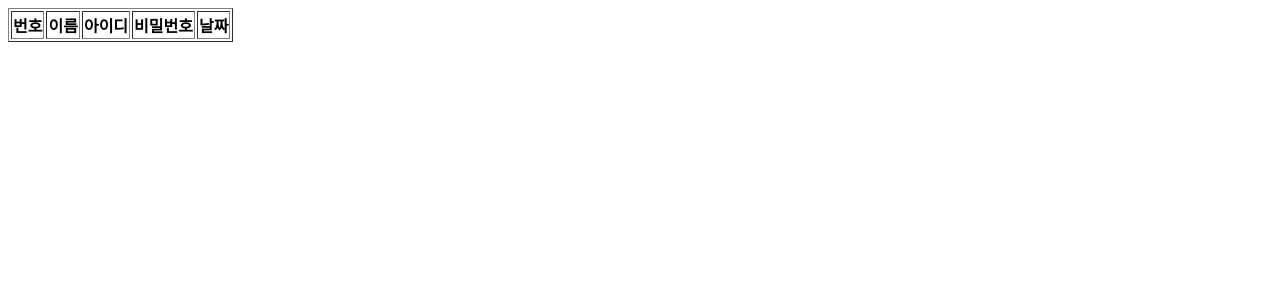
Repository: Rccn3202/Springboot_study_pack
Page: http://localhost/web/users.jsp
These files come from the project's save history. The page is drawn as it stood at one moment and after the next save; the edit follows.
The browser window is 1280 px wide. The pictures show the whole page.
The page is served by Tomcat 9. Queries for data that is not in the repository find no rows.

Above is the page before, as saved 2023-05-03 06:47:30.

After the next save:
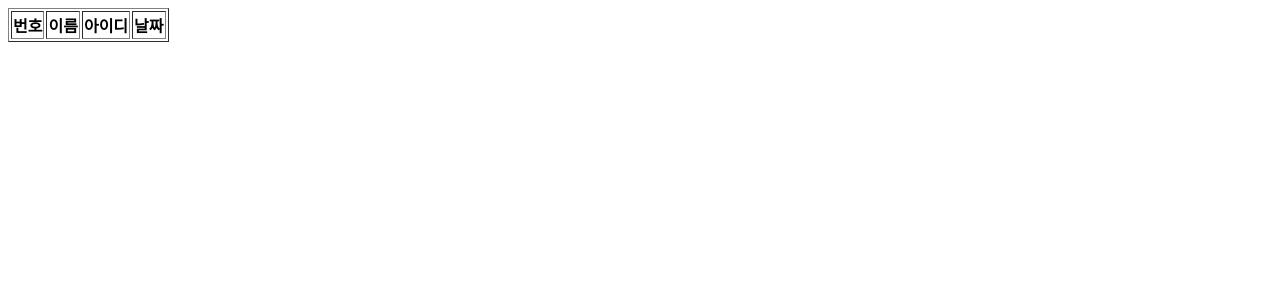
Saved 6 s later.
--- a/web/src/main/webapp/users.jsp
+++ b/web/src/main/webapp/users.jsp
@@ -30,7 +30,7 @@
 <th>번호</th>
 <th>이름</th>
 <th>아이디</th>
-<th>비밀번호</th>
+
 <th>날짜</th>
 
 </tr>

After the save that followed:
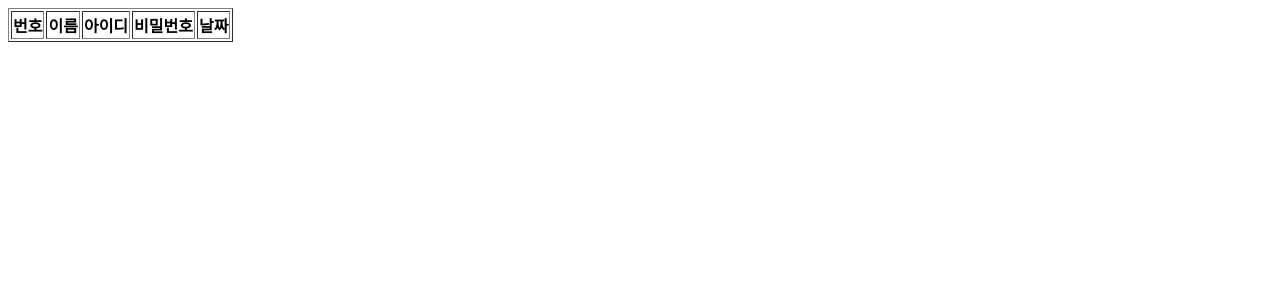
Saved 4 s later.
--- a/web/src/main/webapp/users.jsp
+++ b/web/src/main/webapp/users.jsp
@@ -30,7 +30,7 @@
 <th>번호</th>
 <th>이름</th>
 <th>아이디</th>
-
+<th>비밀번호</th>
 <th>날짜</th>
 
 </tr>
